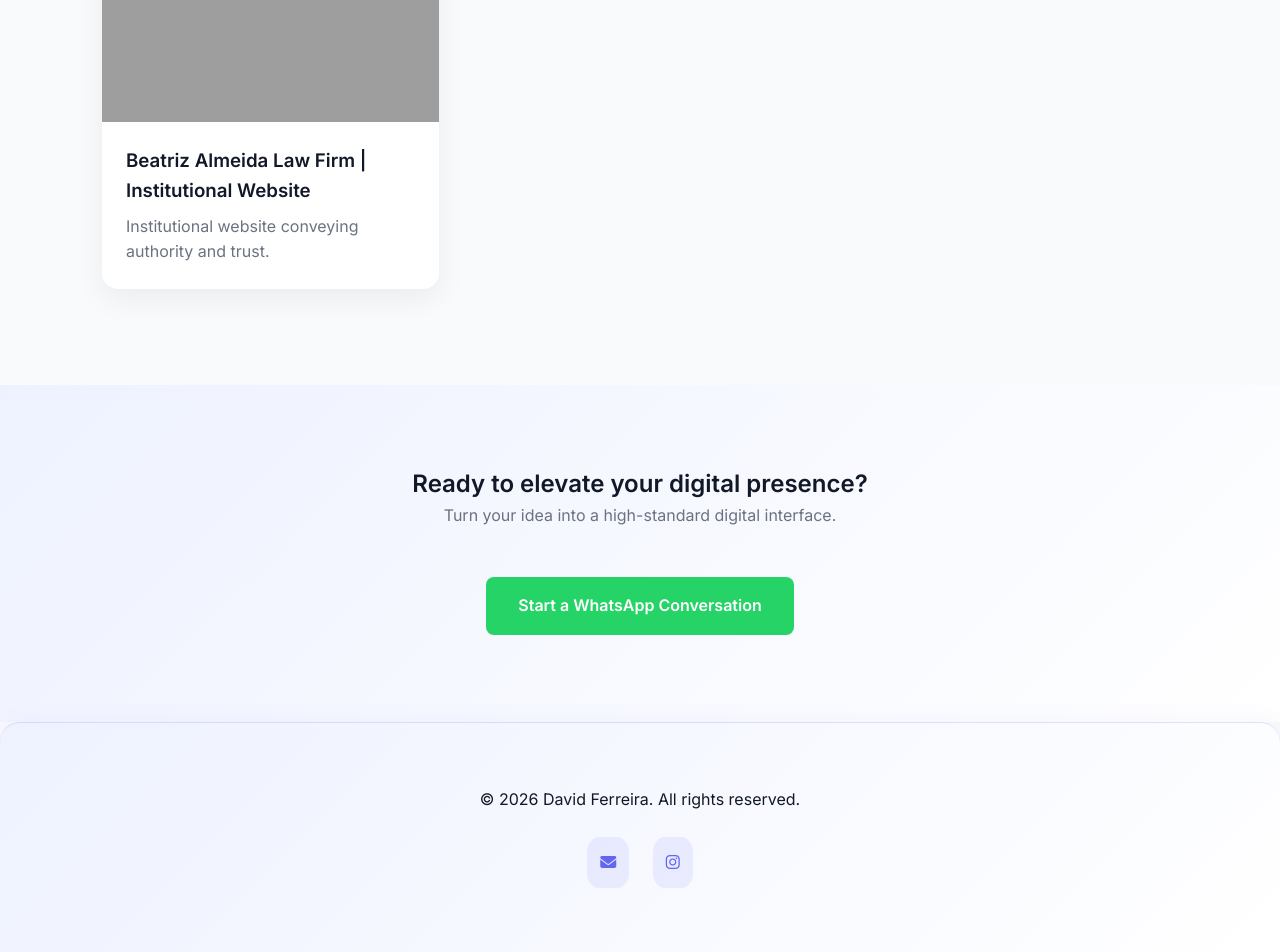
Repository: davidfsillva/David_Ferreira
Page: index.html
An editor plug-in stored every save of this project. The page is shown before and after a run of saves, followed by the edit.
The browser window is 1280 px wide. The pictures show the part of the page from y = 1996 to 2948 px (the page is 2948 px tall before and 2922 px after).
Pictures or frames that could not be fetched are drawn as grey boxes.

Above is the page before, as saved 2026-02-11 15:18:56.
Console error: TypeError: Cannot read properties of null (reading 'addEventListener')

### index.html
<!DOCTYPE html>
<html lang="en">
<head>
    <meta charset="UTF-8">
    <meta name="viewport" content="width=device-width, initial-scale=1.0">

    <title>David Ferreira | Front-end Developer & Premium UI Designer</title>

    <!-- Primary SEO -->
    <meta name="description" content="David Ferreira is a front-end developer specialized in premium interfaces, high-conversion landing pages, and modern digital experiences.">
    <meta name="keywords" content="Front-end Developer, Web Designer, UI Designer, Landing Page, Web Development, Freelancer Brazil">
    <meta name="author" content="David Ferreira">
    <meta name="robots" content="index, follow">
    <link rel="canonical" href="https://yourdomain.com/">

    <!-- Open Graph (Facebook, LinkedIn) -->
    <meta property="og:title" content="David Ferreira | Premium Front-end Developer">
    <meta property="og:description" content="High-standard digital interfaces focused on performance and conversion.">
    <meta property="og:image" content="https://yourdomain.com/preview.jpg">
    <meta property="og:url" content="https://yourdomain.com/">
    <meta property="og:type" content="website">

    <!-- Twitter Card -->
    <meta name="twitter:card" content="summary_large_image">
    <meta name="twitter:title" content="David Ferreira | Web Developer">
    <meta name="twitter:description" content="Premium web development focused on performance and modern design.">
    <meta name="twitter:image" content="https://yourdomain.com/preview.jpg">

    <!-- Favicon -->
    <link rel="icon" href="favicon.ico" type="image/x-icon">

    <!-- Fonts -->
    <link href="https://fonts.googleapis.com/css2?family=Inter:wght@300;400;600&family=Plus+Jakarta+Sans:wght@700;800&display=swap" rel="stylesheet">

    <!-- Font Awesome -->
    <link rel="stylesheet" href="https://cdnjs.cloudflare.com/ajax/libs/font-awesome/6.5.0/css/all.min.css" integrity="sha512-..." crossorigin="anonymous" referrerpolicy="no-referrer" />

    <link rel="stylesheet" href="style.css">
</head>

<body>

    <!-- NAVBAR -->
    <nav class="navbar">
        <div class="logo"><a href="#">David | Web Developer<span>.</span></a></div>

        <ul class="nav-links">
            <li><a href="#about">About</a></li>
            <li><a href="#portfolio">Projects</a></li>
            <li><a href="#contact" class="btn-sm">Contact</a></li>
        </ul>
    </nav>

    <!-- HERO -->
    <section class="hero">
        <div class="hero-content">
            <h1>Creating high-level digital <span> with code experiences</span></h1>
            <p>Front-end developer specialized in high-standard interfaces and landing pages focused on results.</p>
            <div class="hero-btns">
                <a href="#portfolio" class="btn-primary">See Projects</a>
                <a href="#contact" class="btn-secondary">Let's Talk</a>
            </div>
        </div>
        <div class="hero-visual">
            <div class="hero-glow"></div>
        </div>
    </section>

    <!-- ABOUT -->
    <section id="about" class="section">
        <h2>About Me</h2>
        <p>I'm David Ferreira, a Front-end developer focused on creating modern, functional websites with premium interfaces. I work with HTML, CSS, JavaScript, and React, prioritizing performance, design, and user experience.</p>
        <p>My goal is to help businesses and professionals stand out digitally through websites that convey trust and deliver real results.</p>
    </section>

    <!-- PORTFOLIO -->
    <section id="portfolio" class="portfolio">
        <div class="section-header">
            <h2>Selected Projects</h2>
            <p>A showcase of solutions focused on performance and design.</p>
        </div>
        <div class="portfolio-grid">
            <!-- Project 1 -->
            <a href="https://davidfsillva.github.io/Alex-Carter/" target="_blank" class="project-link">
                <div class="project-card">
                    <div class="card-image">
                        <img src="img/alex.png" alt="Alex Carter Project">
                        <div class="card-overlay"><span>View Details</span></div>
                    </div>
                    <div class="card-info">
                        <h3>Alex Carter | Landing Page</h3>
                        <p>Personal branding website for a professional athlete.</p>
                    </div>
                </div>
            </a>

            <!-- Project 2 -->
            <a href="https://davidfsillva.github.io/e-hammershark/" target="_blank" class="project-link">
                <div class="project-card">
                    <div class="card-image">
                        <img src="img/ecomerce.png" alt="Hammershark Project">
                        <div class="card-overlay"><span>View Details</span></div>
                    </div>
                    <div class="card-info">
                        <h3>Hammershark | E-commerce</h3>
                        <p>Fitness fashion e-commerce, focused on branding and shopping experience.</p>
                    </div>
                </div>
            </a>

            <!-- Project 3 -->
            <a href="https://davidfsillva.github.io/landing-page/" target="_blank" class="project-link">
                <div class="project-card">
                    <div class="card-image">
                        <img src="img/landingpage.png" alt="Landing Page Project">
                        <div class="card-overlay"><span>View Details</span></div>
                    </div>
                    <div class="card-info">
                        <h3>Lucas Andrade | Landing Page</h3>
                        <p>Strategic landing page for lead generation and conversion.</p>
                    </div>
                </div>
            </a>

            <!-- Project 4 -->
            <a href="https://davidfsillva.github.io/beatriz-almeida-adv/" target="_blank" class="project-link">
                <div class="project-card">
                    <div class="card-image">
                        <img src="img/adv.png" alt="Beatriz Almeida Law Firm Project">
                        <div class="card-overlay"><span>View Details</span></div>
                    </div>
                    <div class="card-info">
                        <h3>Beatriz Almeida Law Firm | Institutional Website</h3>
                        <p>Institutional website conveying authority and trust.</p>
                    </div>
                </div>
            </a>
        </div>
    </section>

    <!-- CTA / CONTACT -->
    <section id="contact" class="cta-section">
        <h2>Ready to elevate your digital presence?</h2>
        <p>Turn your idea into a high-standard digital interface.</p>
        <a href="https://wa.me/5511990242453" target="_blank" class="btn-whatsapp">Start a WhatsApp Conversation</a>
    </section>

    <!-- FOOTER -->
    <footer>
        <div class="footer-content">
            <p>&copy; 2026 David Ferreira. All rights reserved.</p>
            <div class="social-links">
                <a href="mailto:davidfsillva@icloud.com" target="_blank" rel="noopener noreferrer"><i class="fa-solid fa-envelope"></i></a>
                <a href="https://www.instagram.com/david_websites?igsh=MWdmZWJ3MW80N3JsNQ==" target="_blank" rel="noopener noreferrer"><i class="fa-brands fa-instagram"></i></a>
            </div>
        </div>
    </footer>

    <script src="scripts.js"></script>
</body>
</html>

### style.css
:root {
  --primary: #6366f1;
  --primary-light: #818cf8;
  --accent: #a855f7;
  --text-dark: #111827;
  --text-light: #6b7280;
  --bg-light: #f9fafb;
  --white: #ffffff;
  --transition: all 0.3s ease;
}

/* RESET */
* {
  margin: 0;
  padding: 0;
  box-sizing: border-box;
}

html {
  scroll-behavior: smooth;   /* já tinha */
  scroll-padding-top: 70px; /* ajuste esse valor para altura da navbar */
}


body {
  font-family: 'Inter', sans-serif;
  background: var(--bg-light);
  color: var(--text-dark);
  line-height: 1.6;
  animation: fadePage 0.8s ease-in-out;
}

@keyframes fadePage {
  from { opacity: 0; transform: translateY(10px); }
  to { opacity: 1; transform: translateY(0); }
}

/* NAVBAR */
.navbar {
  position: fixed;
  width: 100%;
  top: 0;
  padding: 1.5rem 8%;
  display: flex;
  justify-content: space-between;
  align-items: center;
  background: rgba(255,255,255,0.85);
  backdrop-filter: blur(12px);
  box-shadow: 0 4px 20px rgba(0,0,0,0.05);
  z-index: 1000;
  transition: var(--transition);
}

.logo {
  font-family: 'Plus Jakarta Sans', sans-serif;
  font-weight: 800;
  font-size: 1.5rem;
}

.logo a {
  text-decoration: none;   /* remove o sublinhado */
  color: var(--text-dark); /* cor principal da logo */
  font-weight: 800;
  font-size: 1.5rem;
}

.logo a span {
  color: var(--primary);   /* deixa apenas o ponto colorido */
}


.logo span {
  color: var(--primary);
}

.nav-links {
  display: flex;
  list-style: none;
  gap: 2rem;
}

.nav-links a {
  text-decoration: none;
  color: var(--text-light);
  font-weight: 500;
  transition: var(--transition);
}

.nav-links a:hover {
  color: var(--primary);
  transform: translateY(-2px);
}

/* HERO */
.hero {
  min-height: 100vh;
  padding: 120px 8% 80px; /* aumentei de 60px para 80px */
  display: flex;
  align-items: center;
  justify-content: space-between;
  background: linear-gradient(135deg, #eef2ff, #ffffff);
  flex-wrap: wrap;
}

.hero-content {
  max-width: 600px;
  animation: heroFade 1s ease 0.2s both;
}

@keyframes heroFade {
  from { opacity: 0; transform: translateY(40px); }
  to { opacity: 1; transform: translateY(0); }
}

.badge {
  display: inline-block;
  padding: 0.5rem 1rem;
  background: rgba(99,102,241,0.1);
  color: var(--primary);
  border-radius: 20px;
  font-size: 0.8rem;
  font-weight: 600;
  margin-bottom: 1.5rem;
}

.hero h1 {
  font-family: 'Plus Jakarta Sans', sans-serif;
  font-size: clamp(2rem, 5vw, 3.5rem);
  line-height: 1.2;
  margin-bottom: 1.5rem;
}

.hero h1 span {
  background: linear-gradient(90deg, var(--primary), var(--accent));
  -webkit-background-clip: text;
  -webkit-text-fill-color: transparent;
}

.hero p {
  font-size: 1.1rem;
  color: var(--text-light);
  margin-bottom: 2rem;
}

/* BUTTONS */
.btn-primary,
.btn-secondary,
.btn-whatsapp {
  display: inline-block;
  padding: 0.9rem 2rem;
  border-radius: 8px;
  text-decoration: none;
  font-weight: 600;
  transition: all 0.3s ease;
  position: relative;
  overflow: hidden;
}

.btn-primary {
  background: linear-gradient(90deg, var(--primary), var(--accent));
  color: white;
  box-shadow: 0 10px 25px rgba(99,102,241,0.3);
}

.btn-primary:hover {
  transform: translateY(-4px) scale(1.03);
}

.btn-primary:active {
  transform: scale(0.96);
}

.btn-primary::after {
  content: "";
  position: absolute;
  width: 200%;
  height: 200%;
  background: radial-gradient(circle, rgba(255,255,255,0.4), transparent 60%);
  top: -50%;
  left: -50%;
  opacity: 0;
  transition: opacity 0.4s ease;
}

.btn-primary:hover::after {
  opacity: 1;
}

.btn-secondary {
  border: 1px solid #e5e7eb;
  color: var(--text-dark);
  margin-left: 1rem;
}

.btn-secondary:hover {
  background: #f3f4f6;
  transform: translateY(-4px);
}

.btn-secondary:active {
  transform: scale(0.96);
}

.btn-whatsapp {
  background: #25d366;
  color: white;
}

.btn-whatsapp:hover {
  transform: translateY(-4px) scale(1.03);
}

.btn-whatsapp:active {
  transform: scale(0.96);
}

.hero-btns {
  display: flex;
  flex-wrap: wrap;
}

#about {
  text-align: center;
  max-width: 1200px;
  margin: 4rem auto 0; /* adiciona mais distância do Hero */
  padding: 6rem 8%;
  background: linear-gradient(135deg, #eef2ff 0%, #ffffff 100%);
  border-radius: 20px;
  box-shadow: 0 15px 40px rgba(99,102,241,0.15);
  position: relative;
  overflow: hidden;
}

#about::before {
  content: "";
  position: absolute;
  width: 200px;
  height: 200px;
  background: radial-gradient(circle, rgba(163,155,253,0.2), transparent 70%);
  top: -50px;
  right: -50px;
  border-radius: 50%;
  z-index: 0;
  animation: pulseGlow 6s infinite ease-in-out;
}

#about h2 {
  font-family: 'Plus Jakarta Sans', sans-serif;
  font-size: clamp(2rem, 4vw, 2.5rem);
  margin-bottom: 2rem;
  position: relative;
  z-index: 1;
  background: linear-gradient(90deg, var(--primary), var(--accent));
  -webkit-background-clip: text;
  -webkit-text-fill-color: transparent;
}

#about p {
  font-size: 1.05rem;
  line-height: 1.9;
  color: var(--text-dark);
  margin-bottom: 1.8rem;
  position: relative;
  z-index: 1;
  opacity: 0;
  transform: translateY(20px);
  animation: fadeUp 1s forwards;
  animation-delay: 0.3s;
}

/* Animação suave */
@keyframes fadeUp {
  to {
    opacity: 1;
    transform: translateY(0);
  }
}



/* HERO VISUAL */
.hero-visual {
  flex: 1;
  min-height: 400px;
  display: flex;
  justify-content: center;
  align-items: center;
}

.hero-glow {
  width: 380px;
  height: 380px;
  background: url('img/dashboard.png') no-repeat center center;
  background-size: contain;
  animation: float-rotate 8s ease-in-out infinite;
}

@keyframes float-rotate {
  0%   { transform: translateY(0px) rotate(0deg); }
  50%  { transform: translateY(-10px) rotate(3deg); }
  100% { transform: translateY(0px) rotate(0deg); }
}

/* PORTFOLIO */
.portfolio {
  padding: 6rem 8%;
}

.section-header {
  text-align: center;
  margin-bottom: 4rem;
}

.section-header h2 {
  font-family: 'Plus Jakarta Sans', sans-serif;
  font-size: 2.2rem;
  margin-bottom: 1rem;
  color: var(--primary)
}

.section-header p {
  color: var(--text-light);
}

.portfolio-grid {
  display: grid;
  grid-template-columns: repeat(auto-fit, minmax(280px, 1fr));
  gap: 2rem;
}

.project-card {
  background: var(--white);
  border-radius: 16px;
  overflow: hidden;
  box-shadow: 0 10px 30px rgba(0,0,0,0.06);
  cursor: pointer;
  transition: transform 0.4s ease, box-shadow 0.4s ease;
  will-change: transform;
}

.project-card:hover {
  transform: translateY(-12px) scale(1.03);
  box-shadow: 0 25px 50px rgba(99,102,241,0.2);
}

.card-image {
  position: relative;
  overflow: hidden;
}

.card-image img {
  width: 100%;
  height: 220px;
  object-fit: cover;
  display: block;
  transition: transform 0.6s ease;
}

.project-card:hover .card-image img {
  transform: scale(1.08);
}

.card-overlay {
  position: absolute;
  inset: 0;
  background: rgba(99,102,241,0.8);
  display: flex;
  justify-content: center;
  align-items: center;
  color: white;
  font-weight: 600;
  opacity: 0;
  transition: opacity 0.4s ease;
}

.project-card:hover .card-overlay {
  opacity: 1;
}

.card-info {
  padding: 1.5rem;
}

.card-info h3 {
  margin-bottom: 0.5rem;
}

.card-info p {
  color: var(--text-light);
}

.project-link {
  text-decoration: none;
  color: inherit;
  display: block;
}


/* CTA */
.cta-section {
  padding: 5rem 8%;
  text-align: center;
  background: linear-gradient(135deg, #eef2ff, #ffffff);
}

/* FOOTER */
footer {
  padding: 4rem 8%;
  background: linear-gradient(135deg, #eef2ff, #ffffff);
  border-top: 1px solid rgba(99,102,241,0.2);
  text-align: center;
  border-radius: 20px 20px 0 0;
  box-shadow: 0 -4px 20px rgba(99,102,241,0.05);
}

.footer-content {
  display: flex;
  flex-direction: column;
  align-items: center;
  gap: 1.5rem;
}

.footer-content p {
  color: var(--text-dark);
  font-weight: 500;
}

.social-links {
  display: flex;
  gap: 1.5rem;
}

.social-links a {
  color: var(--primary);
  background: rgba(99,102,241,0.1);
  padding: 0.8rem;
  border-radius: 30%;
  transition: all 0.3s ease;
}

.social-links a:hover {
  color: var(--primary);
  transform: translateY(-2px);
}

.cta-section p {
  color: var(--text-light);
  margin-bottom: 2.5rem; /* aumenta espaço abaixo do texto */
}

.btn-whatsapp {
  display: inline-block;
  background: #25d366;
  color: white;
  padding: 1rem 2rem;
  border-radius: 8px;
  text-decoration: none;
  font-weight: 600;
  transition: var(--transition);
  margin-top: 0.5rem; /* pequeno respiro extra */
}


/* MODAL */
.modal-overlay {
  position: fixed;
  inset: 0;
  background: rgba(0,0,0,0.6);
  display: none;
  justify-content: center;
  align-items: center;
  padding: 2rem;
  z-index: 2000;
}

.modal-content {
  background: white;
  width: 100%;
  max-width: 900px;
  border-radius: 20px;
  overflow: hidden;
  animation: modalZoom 0.4s cubic-bezier(.23,1,.32,1);
  position: relative;
}

@keyframes modalZoom {
  from { opacity: 0; transform: scale(0.85) translateY(20px); }
  to { opacity: 1; transform: scale(1) translateY(0); }
}

.modal-body {
  display: grid;
  grid-template-columns: 1fr 1fr;
}

.modal-img {
  min-height: 300px;
  background-size: cover !important;
}

.modal-text {
  padding: 2rem;
}

.close-modal {
  position: absolute;
  top: 20px;
  right: 25px;
  background: none;
  border: none;
  font-size: 2rem;
  cursor: pointer;
  transition: transform 0.3s ease;
}

.close-modal:hover {
  transform: rotate(90deg);
}

/* RESPONSIVO */
@media (max-width: 900px) {
  .hero {
    flex-direction: column;
    text-align: center;
  }

  .hero-visual {
    margin-top: 3rem;
  }

  .modal-body {
    grid-template-columns: 1fr;
  }
}

@media (max-width: 600px) {
  .navbar {
    padding: 1rem 5%;
  }

  .nav-links {
    display: none;
  }

  .hero {
    padding: 100px 5% 60px;
  }

  .portfolio {
    padding: 4rem 5%;
  }

  .cta-section {
    padding: 4rem 5%;
  }

  footer {
    padding: 2rem 5%;
  }

  .footer-content {
    flex-direction: column;
    text-align: center;
  }

  .social-links a {
    margin: 0 0.5rem;
  }
}

### scripts.js
// =============================
// NAVBAR SCROLL EFFECT
// =============================
const navbar = document.querySelector(".navbar");

window.addEventListener("scroll", () => {
  if (window.scrollY > 50) {
    navbar.style.padding = "1rem 8%";
    navbar.style.boxShadow = "0 8px 25px rgba(0,0,0,0.08)";
  } else {
    navbar.style.padding = "1.5rem 8%";
    navbar.style.boxShadow = "0 4px 20px rgba(0,0,0,0.05)";
  }
});

// =============================
// MODAL FUNCTIONALITY
// =============================
const modal = document.querySelector(".modal-overlay");
const modalImg = document.querySelector(".modal-img");
const modalTitle = document.querySelector(".modal-text h3");
const modalDesc = document.querySelector(".modal-text p");
const closeModal = document.querySelector(".close-modal");

const projectCards = document.querySelectorAll(".project-card");

projectCards.forEach(card => {
  card.addEventListener("click", () => {
    const title = card.querySelector("h3").innerText;
    const desc = card.querySelector("p").innerText;
    const img = card.querySelector("img").src;

    modalTitle.innerText = title;
    modalDesc.innerText = desc;
    modalImg.style.backgroundImage = `url(${img})`;

    modal.style.display = "flex";
    document.body.style.overflow = "hidden";
  });
});

// Fechar modal
closeModal.addEventListener("click", () => {
  modal.style.display = "none";
  document.body.style.overflow = "auto";
});

// Fechar clicando fora
modal.addEventListener("click", (e) => {
  if (e.target === modal) {
    modal.style.display = "none";
    document.body.style.overflow = "auto";
  }
});

// Fechar com ESC
document.addEventListener("keydown", (e) => {
  if (e.key === "Escape") {
    modal.style.display = "none";
    document.body.style.overflow = "auto";
  }
});

// =============================
// SCROLL REVEAL ANIMATION
// =============================
const revealElements = document.querySelectorAll(
  ".hero-content, .project-card, .section-header, .cta-section"
);

const observer = new IntersectionObserver(
  (entries) => {
    entries.forEach(entry => {
      if (entry.isIntersecting) {
        entry.target.style.opacity = "1";
        entry.target.style.transform = "translateY(0)";
      }
    });
  },
  { threshold: 0.2 }
);

revealElements.forEach(el => {
  el.style.opacity = "0";
  el.style.transform = "translateY(40px)";
  el.style.transition = "all 0.8s ease";
  observer.observe(el);
});

// =============================
// BUTTON MICRO INTERACTION
// =============================
const buttons = document.querySelectorAll(".btn-primary, .btn-secondary, .btn-whatsapp");

buttons.forEach(btn => {
  btn.addEventListener("mouseenter", () => {
    btn.style.transform = "scale(1.05)";
  });

  btn.addEventListener("mouseleave", () => {
    btn.style.transform = "scale(1)";
  });
});

After the next 2 saves:
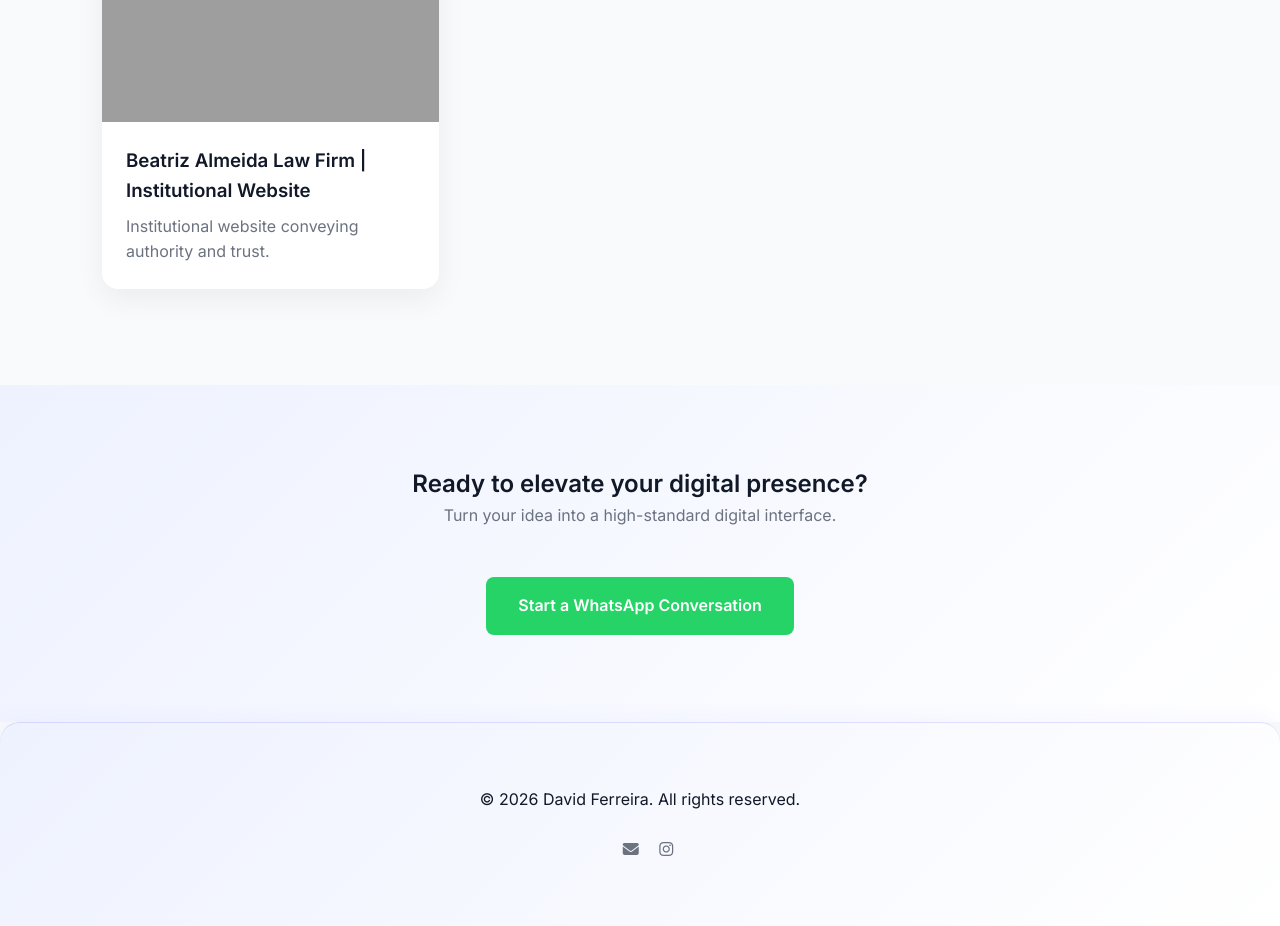
The 2 saves are shown as one change because they came seconds apart.
The last was saved 29 s later.
--- a/style.css
+++ b/style.css
@@ -420,22 +420,13 @@ footer {
   gap: 1.5rem;
 }
 
-.footer-content p {
-  color: var(--text-dark);
-  font-weight: 500;
-}
-
-.social-links {
-  display: flex;
-  gap: 1.5rem;
-}
+
 
 .social-links a {
-  color: var(--primary);
-  background: rgba(99,102,241,0.1);
-  padding: 0.8rem;
-  border-radius: 30%;
-  transition: all 0.3s ease;
+  text-decoration: none;
+  margin-left: 1rem;
+  color: var(--text-light);
+  transition: var(--transition);
 }
 
 .social-links a:hover {
